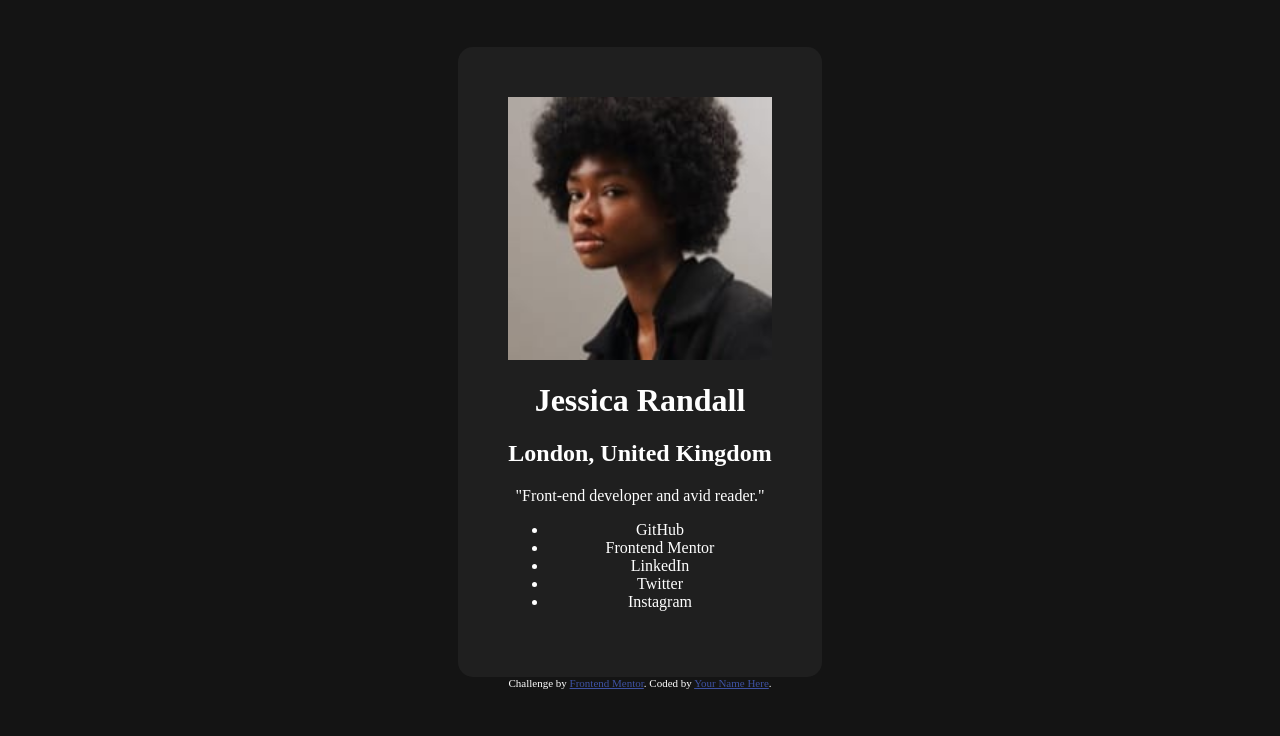
Repository: RudyJ/social-links-profile
Page: index.html
An editor plug-in stored every save of this project. The page is shown before and after the next save, followed by the edit.
The browser window is 1280 px wide. The pictures show the whole page.

Above is the page before, as saved 2024-04-02 19:35:16.

### index.html
<!DOCTYPE html>
<html lang="en">
<head>
  <meta charset="UTF-8">
  <meta name="viewport" content="width=device-width, initial-scale=1.0"> <!-- displays site properly based on user's device -->

  <link rel="icon" type="image/png" sizes="32x32" href="./assets/images/favicon-32x32.png">

  <title>Frontend Mentor | Social links profile</title>

  <link rel="stylesheet" href="./assets/css/style.css" />
  <!-- Feel free to remove these styles or customise in your own stylesheet 👍 -->
  <style>
    .attribution { font-size: 11px; text-align: center; }
    .attribution a { color: hsl(228, 45%, 44%); }
  </style>
</head>
<body>

  <div class="card">
    <div class="imagem">
      <img src="./assets/images/avatar-jessica.jpeg" />
    </div>
    <h1>Jessica Randall</h1>
    <h2>London, United Kingdom</h2>
    <p>"Front-end developer and avid reader."</p>
    <ul>
      <li>GitHub</li>
      <li>Frontend Mentor</li>
      <li>LinkedIn</li>
      <li>Twitter</li>
      <li>Instagram</li>
    </ul>
  </div>

  <div class="attribution">
    Challenge by <a href="https://www.frontendmentor.io?ref=challenge" target="_blank">Frontend Mentor</a>.
    Coded by <a href="#">Your Name Here</a>.
  </div>
</body>
</html>

### assets/css/style.css
body {
    background-color: hsl(0, 0%, 8%);
    color: hsl(0, 0%, 100%);
    display: flex;
    flex-direction: column;
    align-items: center;
    justify-content: center;
    height: 100vh;
    overflow: hidden;
}


body .card {
    background-color: hsl(0, 0%, 12%);
    padding:  50px;
    box-sizing: border-box;
    border-radius: 15px;
    text-align: center;
}

body .card .imagem {
    width: 100%;
    border-radius: 50%;
    display: block;
}

body .card .imagem img {
    width: 100%;
    display: block;
}

After the next save:
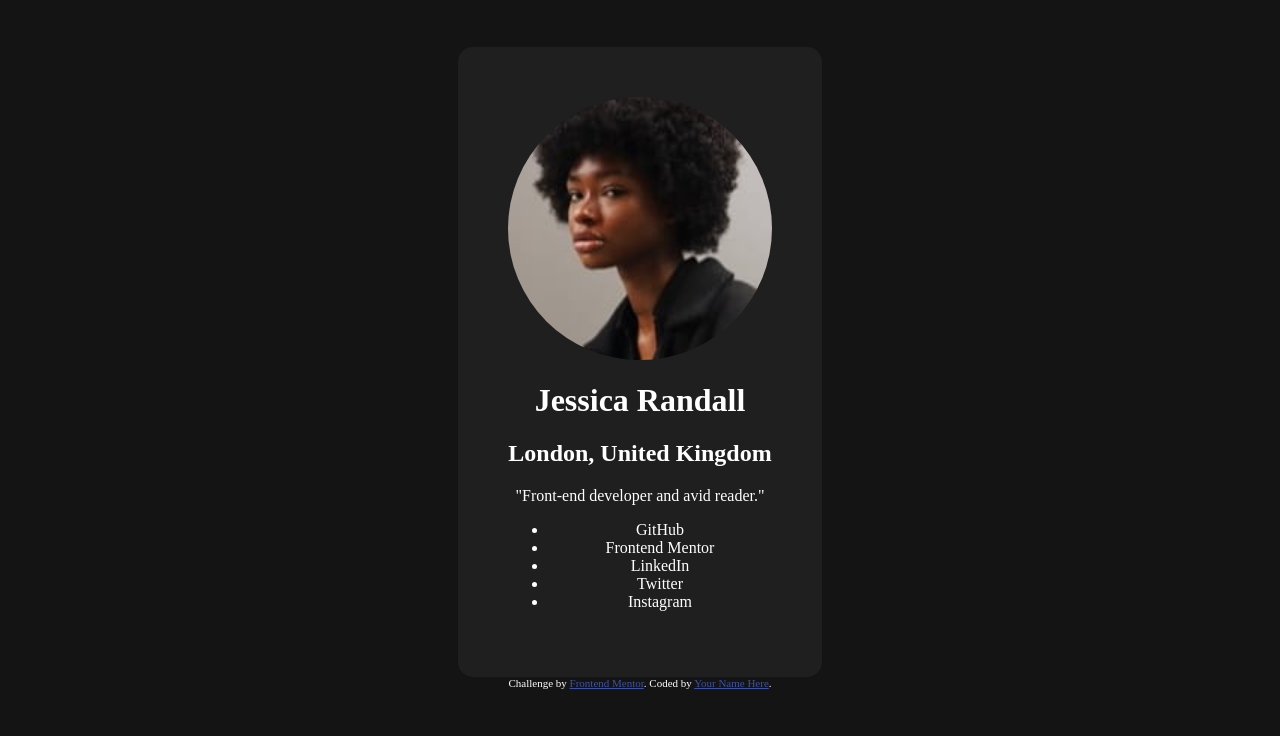
Saved 8 s later.
--- a/assets/css/style.css
+++ b/assets/css/style.css
@@ -21,7 +21,7 @@ body .card {
 body .card .imagem {
     width: 100%;
     border-radius: 50%;
-    display: block;
+    overflow: hidden;
 }
 
 body .card .imagem img {
